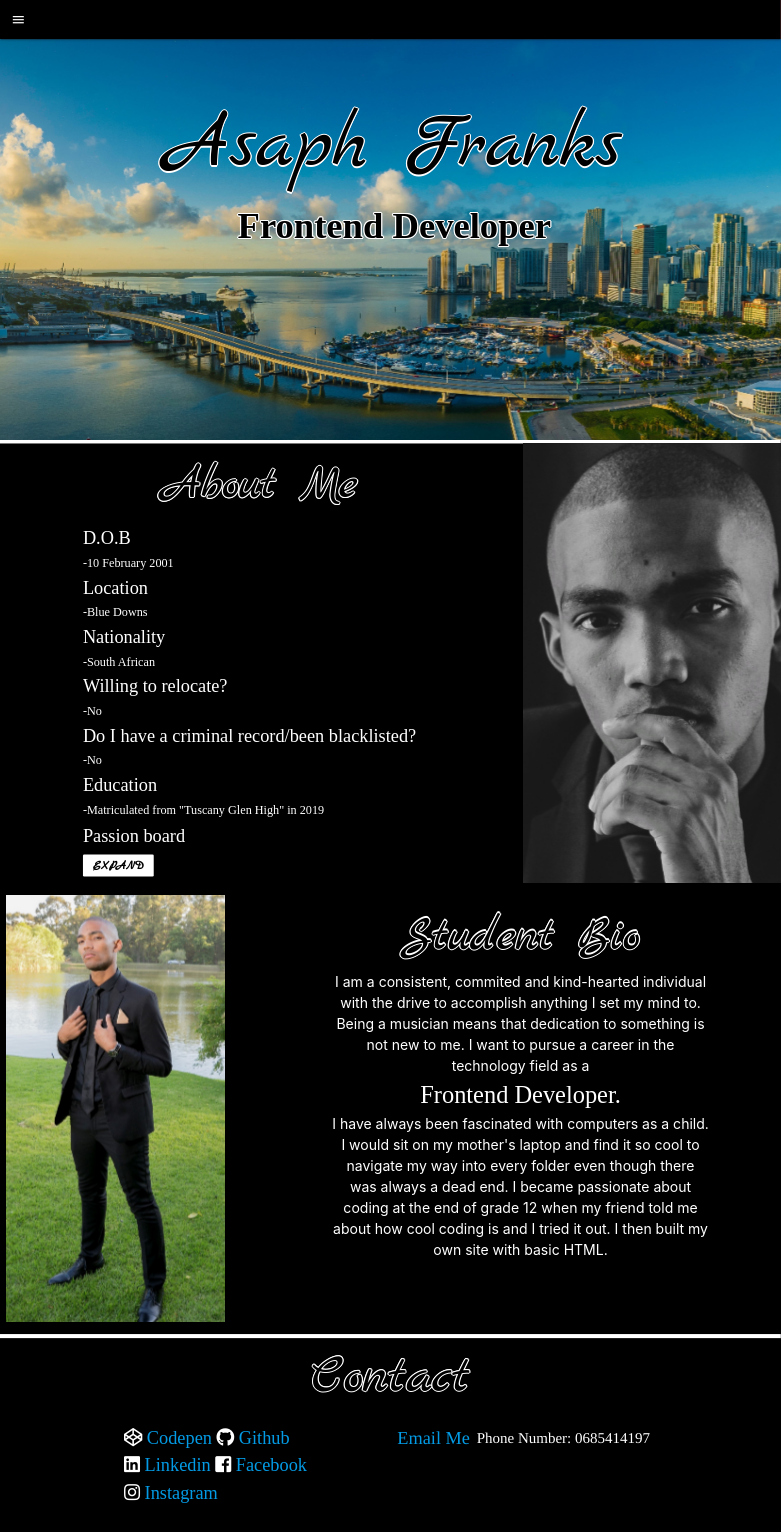
Repository: Ajtheult/portfolio.v3
Page: /portfolio-v3
The author's editor kept a copy of each file at every save. The page is drawn from the files as they stood at one save, then again after a run of saves.
The browser window is 1280 px wide. The pictures show the whole page, at 61% of full size.
Some web fonts or font styles are not loaded; a fallback is used. The project was rebuilt for these pictures with package versions that can differ from the ones it lists, and the page was loaded fresh each time. Also part of the build but not shown: src/components/layout/pages/Skills.js, src/components/layout/pages/MyWork.js, src/components/layout/pages/Testimonials.js.

Above is the page before, as saved 2020-08-05 14:02:56.

### public/index.html
<!DOCTYPE html>
<html lang="en">
  <head>
    <meta charset="utf-8" />
    <link rel="icon" href="%PUBLIC_URL%/favicon.ico" />
    <meta name="viewport" content="width=device-width, initial-scale=1" />
    <meta name="theme-color" content="#000000" />
    <meta
      name="description"
      content="Web site created using create-react-app"
    />

    <link rel="manifest" href="%PUBLIC_URL%/manifest.json" />
    <link
      href="https://fonts.googleapis.com/css2?family=Marck+Script&display=swap"
      rel="stylesheet"
    />
    <link
      href="https://fonts.googleapis.com/css2?family=Gruppo&display=swap"
      rel="stylesheet"
    />
    <link rel="manifest" href="%PUBLIC_URL%/manifest.json" />

    <link
      rel="stylesheet"
      href="https://fonts.googleapis.com/icon?family=Material+Icons"
    />

    <link
      rel="stylesheet"
      href="https://use.fontawesome.com/releases/v5.7.2/css/all.css"
      integrity="sha384-fnmOCqbTlWIlj8LyTjo7mOUStjsKC4pOpQbqyi7RrhN7udi9RwhKkMHpvLbHG9Sr"
      crossorigin="anonymous"
    />
    <title>Asaph Franks portfolio</title>
  </head>
  <body>
    <noscript>You need to enable JavaScript to run this app.</noscript>
    <div id="root"></div>
  </body>
</html>

### src/index.js
import React from "react";
import ReactDOM from "react-dom";
import App from "./App";
import "materialize-css/dist/css/materialize.min.css";

ReactDOM.render(
  <React.StrictMode>
    <App />
  </React.StrictMode>,
  document.getElementById("root")
);

### src/App.js
import React from "react";

import { Home } from "./components/layout/pages/Home";
import { Skills } from "./components/layout/pages/Skills";
import { MyWork } from "./components/layout/pages/MyWork";
import { Testimonials } from "./components/layout/pages/Testimonials";
import Navbar from "./components/layout/navbar/Navbar";

import { BrowserRouter as Router, Route, Switch } from "react-router-dom";
import "./App.css";

function App() {
  return (
    <Router>
      <div className="App">
        <Navbar />

        <Switch>
          <Route exact path="/portfolio-v3" component={Home} />
          <Route path="/skills" component={Skills} />
          <Route path="/mywork" component={MyWork} />
          <Route path="/testimonials" component={Testimonials} />
        </Switch>
      </div>
    </Router>
  );
}

export default App;

### src/components/layout/pages/Home.js
import React from "react";
import background1 from "../resources/background1.jpg";
import me from "../resources/me.jpeg";
import me2 from "../resources/me2.jpg";
import M from "materialize-css";
import "../../../App.css";
import { Parallax } from "react-parallax";

export const Home = () => {
  document.addEventListener("DOMContentLoaded", function () {
    var elems = document.querySelectorAll(".modal");
    // eslint-disable-next-line
    var instances = M.Modal.init(elems, {});
  });

  return (
    <div className="colour_of_about_text">
      <Parallax bgImage={background1} strength={400}>
        <div style={{ height: 720 }}>
          <div className="style_for_landingpage">
            <h1 className="intro_name_top">Asaph Franks</h1>
            <h4 className="intro_name_bottom">Frontend Developer</h4>
          </div>
        </div>
      </Parallax>
      <div style={{ height: "1vh" }} className="white move_the_con" />
      <div className="row">
        <div className="col s8">
          {" "}
          {/* Information on About page-Start */}
          <div className="container">
            <h1 className="about-title" id="about">
              About Me
            </h1>

            <h5 className="my_info">D.O.B</h5>
            <p className="my_info_2">-10 February 2001</p>
            <h5 className="my_info"> Location </h5>
            <p className="my_info_2">-Blue Downs</p>
            <h5 className="my_info">Nationality</h5>
            <p className="my_info_2">-South African</p>
            <h5 className="my_info">Willing to relocate?</h5>
            <p className="my_info_2">-No</p>
            <h5 className="my_info">
              Do I have a criminal record/been blacklisted?
            </h5>
            <p className="my_info_2">-No</p>
            <h5 className="my_info">Education</h5>
            <p className="my_info_2">
              -Matriculated from "Tuscany Glen High" in 2019
            </p>
            <h4 className="my_info">Passion board</h4>
            <div className="my_info_3">
              <a
                className="waves-effect waves-light btn modal-trigger white"
                href="#modal1"
              >
                <p className="black_text margin_on_top">Expand</p>
              </a>
              <div id="modal1" className="modal bottom-sheet">
                <div className="modal-content">
                  <h4 className="black_text passion_heading">Passion Board</h4>
                  <div className="black_text">
                    {" "}
                    <h4 className="passion_content">-Music</h4>
                    <h4 className="passion_content">-Playing Video games</h4>
                    <h4 className="passion_content">-Playing Table Tennis</h4>
                    <h4 className="passion_content">-Watching anime</h4>
                    <h4 className="passion_content">-Drawing</h4>
                  </div>
                </div>
              </div>
            </div>
          </div>
          {/* Information on About page-Start */}
        </div>
        <div>
          <Parallax
            bgImage={me}
            strength={700}
            style={{ width: "33%" }}
            className="right"
          >
            <div style={{ height: "100vh" }}></div>
          </Parallax>
        </div>
      </div>

      <div className="row">
        <div className="col s5">
          <Parallax bgImage={me2} strength={150} style={{ width: "70%" }}>
            <div style={{ height: 700 }}>
              <div className="intro_name style_for_landingpage"></div>
            </div>
          </Parallax>
        </div>

        <div className="col s7 about_container" style={{ width: "50%" }}>
          <h6 className="about-title center">Student Bio</h6>
          <p className="student_bio ">
            I am a consistent, commited and kind-hearted individual with the
            drive to accomplish anything I set my mind to. Being a musician
            means that dedication to something is not new to me. I want to
            pursue a career in the technology field as a <br />
            <strong className="big_frontend">
              Frontend Developer.
            </strong> <br /> I have always been fascinated with computers as a
            child. I would sit on my mother's laptop and find it so cool to
            navigate my way into every folder even though there was always a
            dead end. I became passionate about coding at the end of grade 12
            when my friend told me about how cool coding is and I tried it out.
            I then built my own site with basic HTML.
          </p>
        </div>
      </div>
      {/* Contact section */}
      <div style={{ height: "1vh" }} className="white move_the_con" />
      <footer style={{ fontFamily: "Times" }} className="page-footer black">
        <div className="container" id="contact">
          <div className="row">
            <h1 className="contact-title">Contact</h1>
            <div className="col l6 s12">
              {" "}
              <div className="logos">
                <i className="fab fa-codepen">
                  {" "}
                  <a
                    href="https://codepen.io/ajtheult"
                    rel="noopener noreferrer"
                    target="_blank"
                  >
                    Codepen&nbsp;
                  </a>{" "}
                </i>
                <i className="fab fa-github">
                  {" "}
                  <a
                    href="https://github.com/Ajtheult"
                    rel="noopener noreferrer"
                    target="_blank"
                  >
                    Github&nbsp;
                  </a>{" "}
                </i>
                <i className="fab fa-linkedin">
                  {" "}
                  <a
                    href="https://www.linkedin.com/in/asaph-franks-307a231a5/"
                    rel="noopener noreferrer"
                    target="_blank"
                  >
                    Linkedin&nbsp;
                  </a>{" "}
                </i>
                <i className="fab fa-facebook-square">
                  {" "}
                  <a
                    href="https://www.facebook.com/asaph.franks.7/"
                    rel="noopener noreferrer"
                    target="_blank"
                  >
                    Facebook&nbsp;
                  </a>{" "}
                </i>
                <i className="fab fa-instagram">
                  {" "}
                  <a
                    href="https://www.instagram.com/aj_the_ultimate/?fbclid=IwAR1maxejej29IRwM2tTQavtbmTC9TFLbAwZoi52WwiJhzLvcEucPXSZHX2o"
                    rel="noopener noreferrer"
                    target="_blank"
                  >
                    Instagram&nbsp;
                  </a>{" "}
                </i>
              </div>
            </div>
            <div className="col l6 s12" style={{ marginTop: "-10px" }}>
              <a
                className="left size_of_email"
                href="mailto:asaphfranksboi@gmail.com"
                rel="noopener noreferrer"
                target="_blank"
              >
                Email Me
              </a>

              <h5 className="move_num_down">Phone Number: 0685414197</h5>
            </div>
            {/* Contact details and icons */}
          </div>
        </div>
      </footer>
    </div>
  );
};

### src/components/layout/navbar/Navbar.js
/* eslint-disable no-unused-vars */
import React, { Component } from "react";
import M from "materialize-css/dist/js/materialize.min.js";
import me from "./me.jpg";
import music from "./music.jpg";
import "../../../App.css";
import { Link } from "react-router-dom";

export class Navbar extends Component {
  componentDidMount() {
    document.addEventListener("DOMContentLoaded", function () {
      var elems = document.querySelectorAll(".sidenav");
      var instances = M.Sidenav.init(elems, {});
    });
  }

  render() {
    return (
      <div>
        <nav className="navbar">
          <div className="nav-wrapper colour">
            <a
              href="#home"
              data-target="slide-out"
              className="sidenav-trigger show-on-large"
            >
              <i className="material-icons">menu</i>
            </a>
          </div>
        </nav>

        <ul id="slide-out" className="sidenav sidenav-close">
          <li>
            <div className="user-view">
              <div className="background">
                <img className="background_img" src={music} alt="img" />
              </div>

              <img className="circle" src={me} alt="img of me" />

              <span className="black-text name move_me">Asaph Franks</span>

              <span className="black-text email  move_me">
                Asaphfranksboi@gmail.com
              </span>
            </div>
            {/* Change font so that the name can be better read */}
          </li>
          <Link to="/portfolio-v3">
            <br />
            <li className="colour_of_nav">Home</li>
          </Link>{" "}
          <br />
          <Link to="/skills">
            <li className="colour_of_nav">Skills</li>
          </Link>
          <br />
          <Link to="/mywork">
            <li className="colour_of_nav">Work</li>
          </Link>
          <br />
          <Link to="/testimonials">
            <li className="colour_of_nav">Testimonials</li>
          </Link>
        </ul>
      </div>
    );
  }
}

export default Navbar;

### src/App.css
.App {
  text-align: center;
}

body {
  background-color: black;
  color: white;
}
.background_img {
  width: 100%;
  height: 100%;
}

.move_me {
  text-align: left;
}

.colour {
  background-color: black;
}

img.bg {
  min-height: 100%;
  min-width: 1024px;
  width: 100%;
  height: auto;
  position: fixed;
  top: 0;
  left: 0;
  z-index: -1;
}

div.admin-bg {
  position: fixed;
  top: 0;
  left: 0;
  z-index: -1;
  background-color: black;
}

@media screen and (max-width: 1024px) {
  img.bg {
    left: 50%;
    margin-left: -512px;
  }
}

.intro_name_top {
  font-family: "Marck Script", cursive;
  font-size: 130px;
  color: black;
  text-shadow: 2px 0 0 #fff, -2px 0 0 #fff, 0 2px 0 #fff, 0 -2px 0 #fff,
    1px 1px #fff, -1px -1px 0 #fff, 1px -1px 0 #fff, -1px 1px 0 #fff;
}
.testimonial_title {
  font-family: "Marck Script", cursive;
  margin-top: 80px;
  color: black;
  font-size: 80px;
  text-shadow: 2px 0 0 #fff, -2px 0 0 #fff, 0 2px 0 #fff, 0 -2px 0 #fff,
    1px 1px #fff, -1px -1px 0 #fff, 1px -1px 0 #fff, -1px 1px 0 #fff;
}

.intro_name_bottom {
  font-size: 60px;
  color: #000000;
  font-weight: bold;
  text-shadow: 2px 0 0 #fff, -2px 0 0 #fff, 0 2px 0 #fff, 0 -2px 0 #fff,
    1px 1px #fff, -1px -1px 0 #fff, 1px -1px 0 #fff, -1px 1px 0 #fff;
  font-family: "Gruppo", cursive;
}

.logos {
  text-align: left;
  font-size: 30px;
}

.contact-title {
  margin-top: -5px;
  font-family: "Marck Script", cursive;
  font-size: 90px;
  color: black;
  text-shadow: 2px 0 0 #fff, -2px 0 0 #fff, 0 2px 0 #fff, 0 -2px 0 #fff,
    1px 1px #fff, -1px -1px 0 #fff, 1px -1px 0 #fff, -1px 1px 0 #fff;
}

.about-title {
  margin-top: 25px;
  font-family: "Marck Script", cursive;
  font-size: 80px;
  color: black;
  text-shadow: 2px 0 0 #fff, -2px 0 0 #fff, 0 2px 0 #fff, 0 -2px 0 #fff,
    1px 1px #fff, -1px -1px 0 #fff, 1px -1px 0 #fff, -1px 1px 0 #fff;
}

.student_bio {
  margin-top: 2%;
  font-size: 23px;
}

.big_frontend {
  font-size: 40px;
  font-family: "Gruppo", cursive;
}

.move_the_name {
  margin-top: -12px;
  font-size: 20px;
  font-weight: bold;
}

.enlarge_paragraph {
  font-size: 22px;
  font-family: "Times New Roman", Times, serif;
}

.my_info {
  font-size: 30px;
  text-align: left;
  font-family: "Gruppo", cursive;
}

.my_info_2 {
  font-size: 20px;
  text-align: left;
  line-height: 8px;
  font-family: "Times New Roman", Times, serif;
}

.my_info_3 {
  font-size: 25px;
  text-align: left;
  line-height: 8px;
  font-family: "Times New Roman", Times, serif;
}

.black_text {
  color: black;
}

.passion_heading {
  text-align: center;
  font-family: "Marck Script", cursive;
  font-size: 45px;
}

.passion_content {
  font-family: "Gruppo", cursive;
  font-weight: bold;
  line-height: 25px;
}

.margin_on_top {
  margin-top: 1px;
  font-size: 20px;
  font-family: "Marck Script", cursive;
  font-weight: bold;
}

.my_work_desc {
  font-size: 20px;
  font-family: "Times New Roman", Times, serif;
}

.my_work_title {
  font-family: "Gruppo", cursive;
  color: black;
  font-size: 30px;
}

.link-size {
  font-size: 40px;
  margin-top: -40px;
  padding: 1%;
  text-align: left;
  margin-left: 60px;
  font-family: "Gruppo", cursive;
  color: blue;
}

.button_margin {
  margin-top: 5px;
}

.work_title {
  font-family: "Marck Script", cursive;
  color: black;
  font-size: 50px;
  text-shadow: 2px 0 0 #fff, -2px 0 0 #fff, 0 2px 0 #fff, 0 -2px 0 #fff,
    1px 1px #fff, -1px -1px 0 #fff, 1px -1px 0 #fff, -1px 1px 0 #fff;
}

.colour_of_nav {
  color: black;
  margin-top: -30px;
}

.style_for_landingpage {
  margin-left: 15.5%;
  margin-top: 6%;
  position: absolute;
  padding: 50px;
  width: 70%;
  transform: "translate(-50%, -50%)";
}

.skills_li {
  position: relative;
  list-style: none;
  margin: 50px 0;
  font-weight: 500;
  text-transform: uppercase;
}

.skills_li:before {
  content: "";
  position: absolute;
  top: calc(100% + 10px);
  left: 0;
  width: 100%;
  height: 15px;
  background-color: rgba(54, 126, 223, 0.5);
  border-radius: 1000px;
}

.skills_li:after {
  content: "";
  position: absolute;
  top: calc(100% + 10px);
  left: 0;
  width: 0;
  height: 15px;
  background-color: rgba(54, 126, 223, 1);
  border-radius: 1000px;
  animation-duration: 0.7s;
  animation-timing-function: ease;
  animation-fill-mode: forwards;
}

.html:after {
  animation-name: html;
}

@keyframes html {
  to {
    width: 75%;
  }
}

.css:after {
  animation-name: css;
}

@keyframes css {
  to {
    width: 58%;
  }
}

.js:after {
  animation-name: js;
}

@keyframes js {
  to {
    width: 40%;
  }
}

.py:after {
  animation-name: py;
}

@keyframes py {
  to {
    width: 35%;
  }
}

.sql:after {
  animation-name: sql;
}

@keyframes sql {
  to {
    width: 32%;
  }
}

.react:after {
  animation-name: react;
}

@keyframes react {
  to {
    width: 50%;
  }
}

.skills_text {
  font-family: "Marck Script", cursive;
  color: black;
  font-size: 30px;
  text-shadow: 1px 0 0 #fff, -2px 0 0 #fff, 0 2px 0 #fff, 0 -2px 0 #fff,
    1px 1px #fff, -1px -1px 0 #fff, 1px -1px 0 #fff, -1px 1px 0 #fff;
  margin-top: -20px;
}

.skills_heading {
  font-family: "Marck Script", cursive;
  color: black;
  font-size: 60px;
  text-shadow: 1px 0 0 #fff, -2px 0 0 #fff, 0 2px 0 #fff, 0 -2px 0 #fff,
    1px 1px #fff, -1px -1px 0 #fff, 1px -1px 0 #fff, -1px 1px 0 #fff;
  margin-top: 0px;
}

.container_properties {
  width: 800px;
  margin: 50px auto 0;
  padding: 20px;
  line-height: 55px;
}

.size_of_email {
  font-size: 30px;
  margin-top: 10px;
}

.move_num_down {
  margin-top: 20px;
}

.move_github_button {
  margin-left: -50px;
}

.navbar {
  position: fixed;
  top: 0;
  width: 100%;
  z-index: 2;
}

After the next 2 saves:
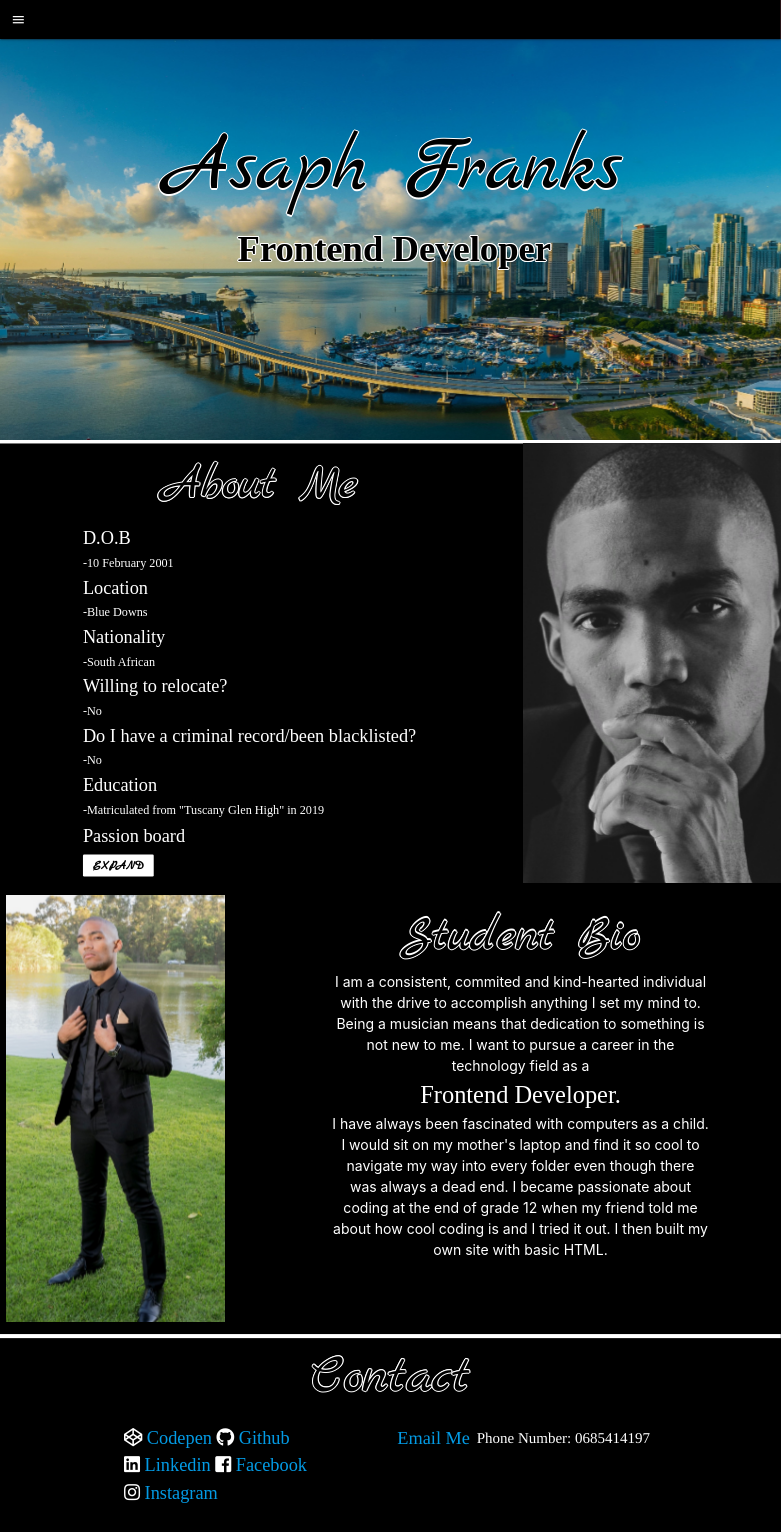
The 2 saves are shown as one change because they came seconds apart.
The last was saved 38 s later.
--- a/src/App.css
+++ b/src/App.css
@@ -197,7 +197,7 @@ div.admin-bg {
 
 .style_for_landingpage {
   margin-left: 15.5%;
-  margin-top: 6%;
+  margin-top: 9%;
   position: absolute;
   padding: 50px;
   width: 70%;
